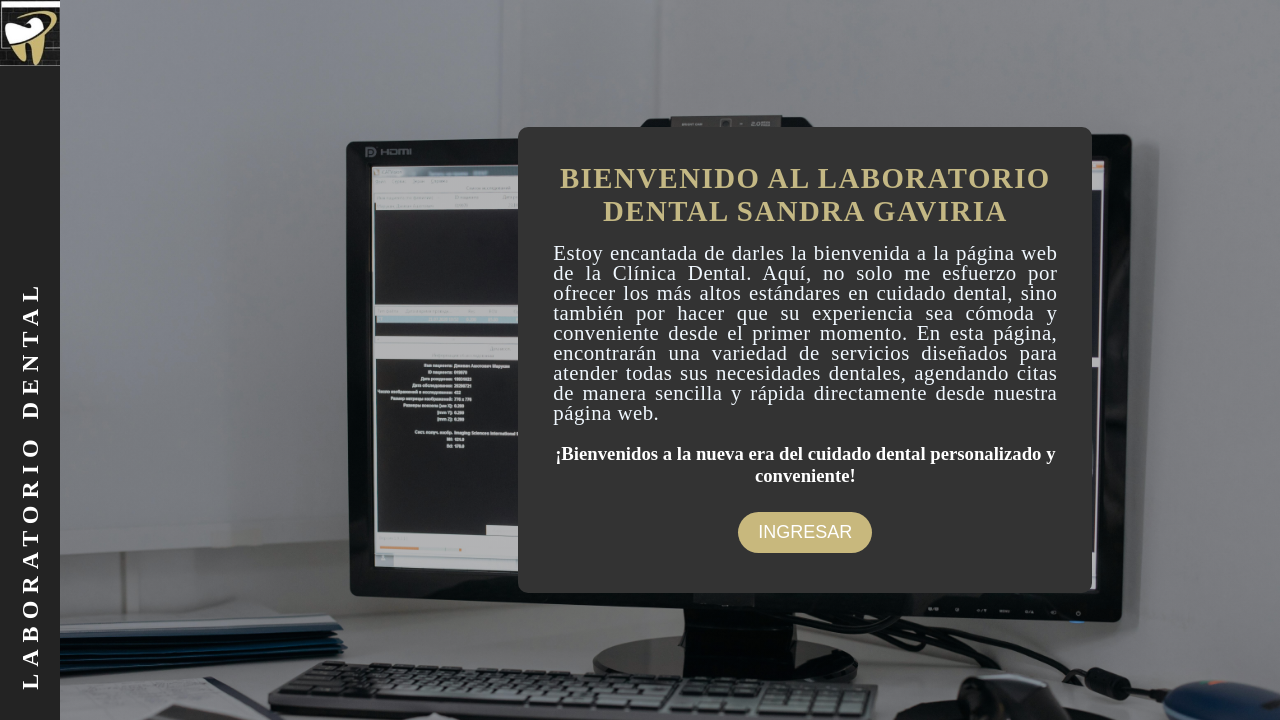
Repository: IIntef/ProyectoDental2.0
Page: Proyecto/Proyecto/Fer.html
An editor plug-in stored every save of this project. The page is shown before and after the next save, followed by the edit.
The browser window is 1280 px wide. The pictures show the whole page.

Above is the page before, as saved 2024-06-14 17:46:28.

After the next save:
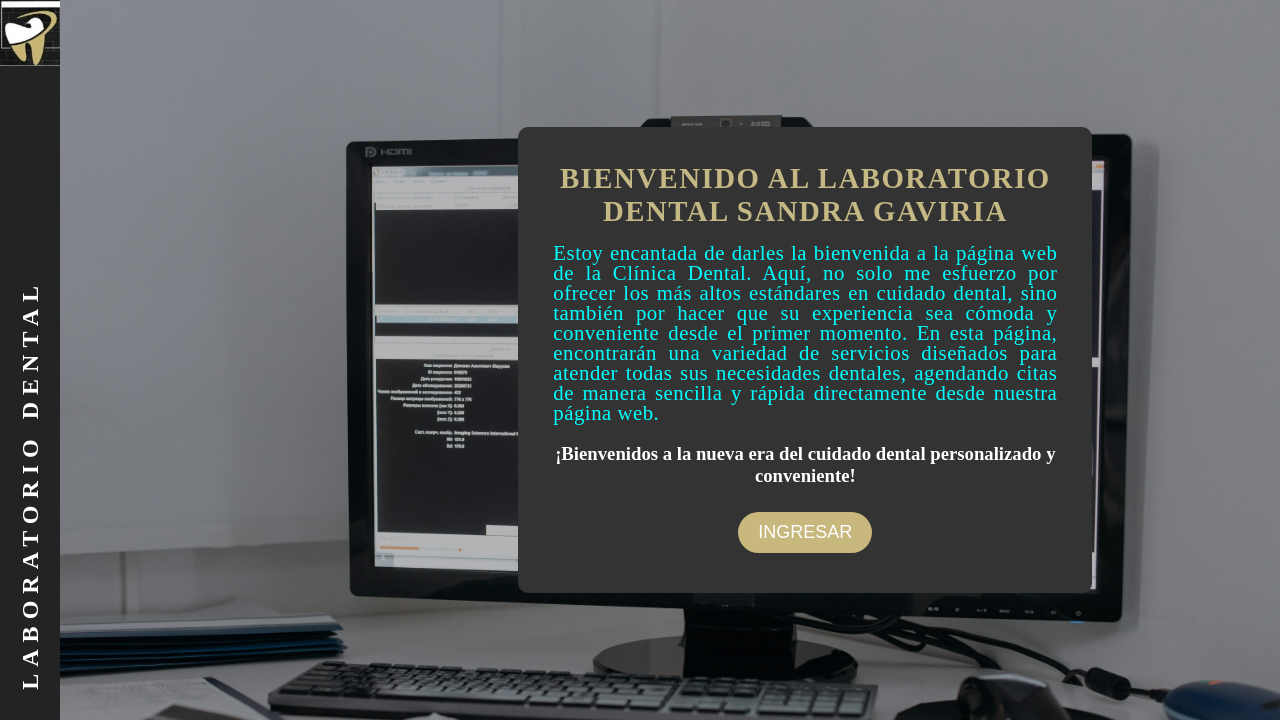
Saved 13 s later.
--- a/Proyecto/Proyecto/StyleFer.css
+++ b/Proyecto/Proyecto/StyleFer.css
@@ -79,7 +79,7 @@
     margin: 15px 0 20px;
     font-size: clamp(1.2rem, 2.5vw, 1.3rem);
     text-align: justify;
-    color: aliceblue;
+    color: aqua;
 }
 
 

After the save that followed:
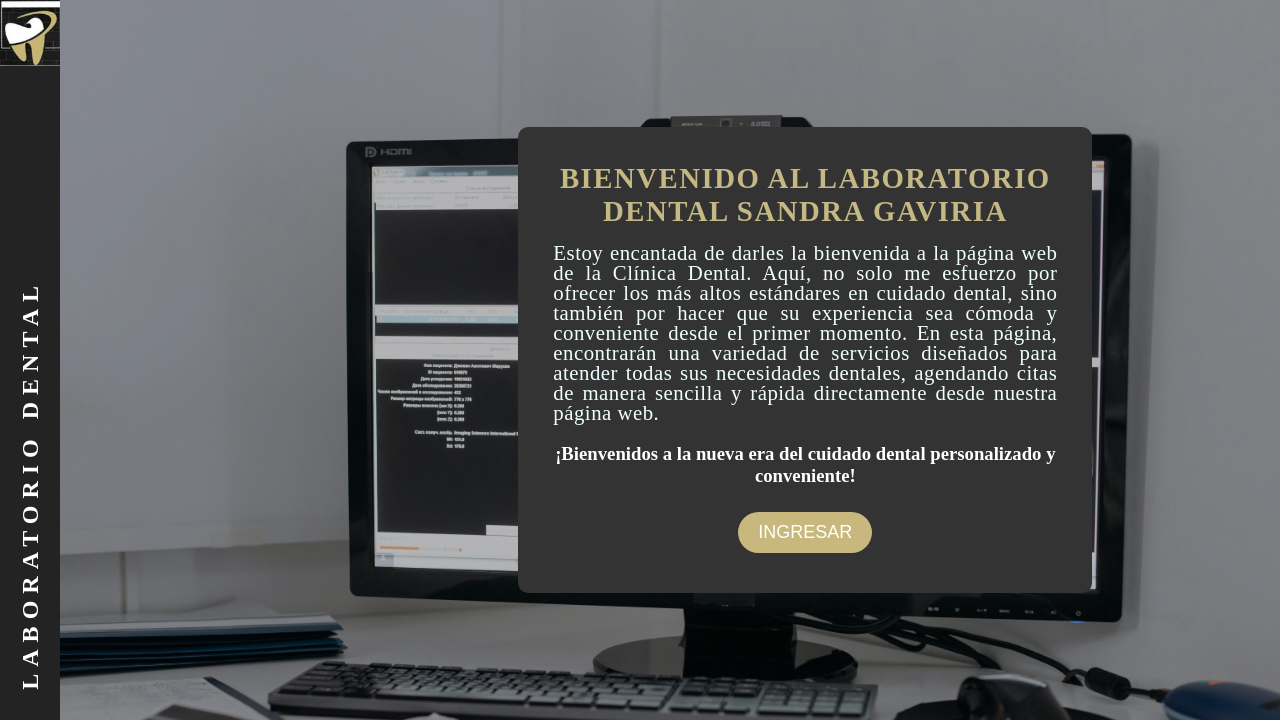
Saved 9 s later.
--- a/Proyecto/Proyecto/StyleFer.css
+++ b/Proyecto/Proyecto/StyleFer.css
@@ -79,7 +79,7 @@
     margin: 15px 0 20px;
     font-size: clamp(1.2rem, 2.5vw, 1.3rem);
     text-align: justify;
-    color: aqua;
+    color:azure;
 }
 
 
